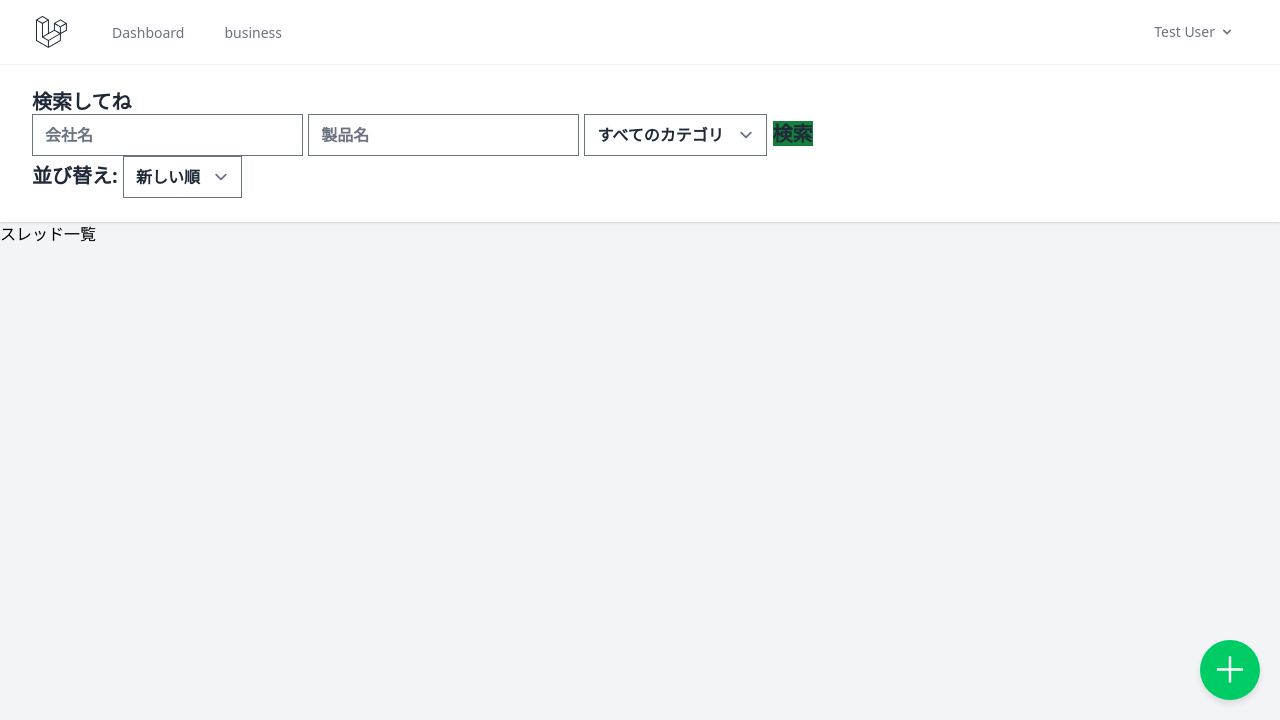
Repository: kyoko-shiraishi/Reproduce
Page: http://localhost/home
The author's editor kept a copy of each file at every save. The page is drawn from the files as they stood at one save, then again after the next save.
The browser window is 1280 px wide. The pictures show the whole page.
Some web libraries are served in a nearby version. The page is served by the project's Laravel application, run on PHP 8.4 with Laravel 12. A made-up administrator, Test User (test@example.com), is signed in. Other server files are loaded and not shown. Style sheets and scripts are compiled from the project's sources, by tool versions that may differ from the author's. Queries for data that is not in the repository find no rows.

Above is the page before, as saved 2024-10-21 12:20:52.

### app/Providers/AppServiceProvider.php
<?php
namespace App\Providers;

use Illuminate\Support\ServiceProvider;
use Illuminate\Support\Facades\View;
use App\Models\Category; // Categoryモデルをインポート

class AppServiceProvider extends ServiceProvider
{
    public function boot()
    {
        // \URL::forceScheme('https');
        // すべてのビューにカテゴリを渡す
        View::composer('*', function ($view) {
            $categories = Category::all();
            $view->with('categories', $categories);
        });
    }

    public function register()
    {
        //
    }
}

### routes/web.php
<?php

use App\Http\Controllers\ProfileController;
use Illuminate\Support\Facades\Route;
use App\Http\Controllers\PleaseController;
use App\Http\Controllers\Auth\AuthenticatedSessionController;
use App\Http\Controllers\SearchController;
use App\Http\Controllers\PostController;
use App\Http\Controllers\NewController;
use App\Http\Controllers\LikeController;

// ララベルトップルート
Route::get('/', function () {
    return view('welcome');
});

// トップページ
Route::get('/index', [PleaseController::class, 'index'])->name('index');

// ログインページのルート
Route::get('/login', [AuthenticatedSessionController::class, 'create'])->name('login');

// ログイン処理のルート
Route::post('/login', [AuthenticatedSessionController::class, 'store']);

// 登録ページのルート
Route::get('/register', [RegisteredUserController::class, 'create'])->name('register');

// 登録処理のルート
Route::post('/register', [RegisteredUserController::class, 'store']);

// ダッシュボードのルート
Route::get('/dashboard', function () {
    return view('dashboard');
})->middleware(['auth', 'verified'])->name('dashboard');




// 認証が必要なルート
Route::middleware('auth')->group(function () {
    Route::get('/profile', [ProfileController::class, 'edit'])->name('profile.edit');
    Route::patch('/profile', [ProfileController::class, 'update'])->name('profile.update');
    Route::delete('/profile', [ProfileController::class, 'destroy'])->name('profile.destroy');
});
// ホームページのルート
Route::get('/home',[PleaseController::class,'home'])->name('home');



require __DIR__.'/auth.php';

Route::get('/business',[PleaseController::class,'business'])->name('business');
Route::get('/infomation',[PleaseController::class,'infomation'])->name('infomation');
Route::get('/logo',[PleaseController::class,'logo'])->name('logo');

Route::get('/search',[SearchController::class,'search'])->name('search.results');
Route::get('/post/{id}',[PostController::class,'post'])->name('post');
Route::get('/new_thread_create',[PleaseController::class,'new_thread_create'])->name('new_thread_create');


Route::post('/thread_store',[NewController::class,'thread_store'])->name('thread_store');
Route::get('/new_post_create/{id}', [NewController::class, 'new_post_create'])->name('new_post_create');

Route::post('/post_store/{threadId}', [NewController::class, 'post_store'])->name('post_store');
Route::get('/delete',[PleaseController::class,'delete_show'])->name('delete_show');
Route::post('/delete_selected',[PleaseController::class,'delete_selected'])->name('delete_selected');

Route::post('/thread/like', [LikeController::class, 'likeThread']);

### app/Models/User.php
<?php

namespace App\Models;

// use Illuminate\Contracts\Auth\MustVerifyEmail;
use Illuminate\Database\Eloquent\Factories\HasFactory;
use Illuminate\Foundation\Auth\User as Authenticatable;
use Illuminate\Notifications\Notifiable;

class User extends Authenticatable
{
    use HasFactory, Notifiable;

    /**
     * The attributes that are mass assignable.
     *
     * @var array<int, string>
     */
    protected $fillable = [
        'name',
        'email',
        'password',
        'prefecture',
        'age',
        'gender',
    ];

    /**
     * The attributes that should be hidden for serialization.
     *
     * @var array<int, string>
     */
    protected $hidden = [
        'password',
        'remember_token',
    ];

    /**
     * Get the attributes that should be cast.
     *
     * @return array<string, string>
     */
    protected function casts(): array
    {
        return [
            'email_verified_at' => 'datetime',
            'password' => 'hashed',
        ];
    }
    public function prefecture(){
return $this->belongsTo(prefecture::class,'prefectures_id');
    }
    public function threads(){
        return $this->hasMany(Thread::class);
    }
    public function posts(){
        return $this->hasMany(Post::class);
    }
    public function thread_likes(){
        return $this->hasMany(ThreadLike::class);
    }
    public function post_likes(){
        return $this->hasMany(PostLike::class);
    }
}

### app/Http/Controllers/PleaseController.php
<?php

namespace App\Http\Controllers;

use Illuminate\Http\Request;
use App\Models\Thread;
use Illuminate\Support\Facades\Auth;
use App\Models\Post;
use App\Models\ThreadLike;

use App\Models\Category;


class PleaseController extends Controller
{
    public function index()
    {
        return view('please.index');
    }

    public function post(Request $request)
    {
        $validate_rule = [
            'mail' => 'email',
            'password' => 'required',
        ];
        $this->validate($request, $validate_rule);
        return view('home.index', ['msg' => 'ログインしました']);
    }





        // paginate→全件総計算
        // simplePaginate→総計算なし。前へと次へのみ。
        // どちらもget()みたいなもん

        public function home(Request $request)
        {
            $sort = $request->input('sort', 'new'); // デフォルトは「新しい順」
            // スレッドを取得
            // withCount はリレーションの名前を入れる→リレーション先のレコード数をカウントしてくれる
            $all_threads = Thread::withCount('thread_likes')
                ->when($sort === 'new', function ($query) {
                    return $query->orderBy('created_at', 'desc'); // 新しい順
                })
                ->when($sort === 'old', function ($query) {
                    return $query->orderBy('created_at', 'asc'); // 古い順
                })
                ->when($sort === 'popular', function ($query) {
                    return $query->orderBy('thread_likes_count', 'desc'); // いいねが多い順
                })
                ->paginate(5);

            return view('please.home', compact('all_threads', 'sort'));


    }


    public function business(){
        return view('please.business');
    }
    public function infomation(){
        return view('please.infomation');
    }

    public function new_thread_create(){
        $categories = Category::all();
        return view('please.new_thread_create', compact('categories'));
    }

    public function new_post_create(){
        return view('please.new_post_create');
    }

    public function delete_show(){
        $threads_you_created=Thread::where('user_id', Auth::id())->get();
        $posts_you_created = Post::where('user_id', Auth::id())->get();
        return view('please.delete',compact('threads_you_created','posts_you_created'));
    }
    public function delete_selected(Request $request)
{
    // スレッドを削除
    if ($request->has('threads')) {
        Thread::destroy($request->input('threads'));
    }

    // ポストを削除
    if ($request->has('posts')) {
        Post::destroy($request->input('posts'));
    }

    return redirect()->back()->with('status', '選択したスレッドとポストが削除されました。');

}


}

### app/Models/Thread.php
<?php

namespace App\Models;

use Illuminate\Database\Eloquent\Factories\HasFactory;
use Illuminate\Database\Eloquent\Model;

class Thread extends Model
{
    use HasFactory;
    protected $fillable=['content','product_id', 'company_id','user_id','image',];
    public function company(){
        return $this->belongsTo(Company::class);
    }
    public function product(){
        return $this->belongsTo(Product::class);
    }
    public function user(){
        return $this->belongsTo(User::class);
    }
    public function posts(){
        return $this->hasMany(Post::class);
    }
    public function thread_likes(){
        return $this->hasMany(ThreadLike::class);
    }
    public function isLikedByAuthUser() :bool
    {
        //認証済ユーザーid（自身のid）を取得
        $authUserId = \Auth::id();
        //空の配列を定義。後続の処理で、いいねしたユーザーのidを全て格納していくときに使う。
        $likersArr = array();

        //$thisは言葉の似た通り、クラス自身を指す。具体的にはこのPostクラスをインスタンス化した際の変数のことを指す。（後続のビューで登場する$postになります）
        foreach($this->thread_likes as $threadLike){
            //array_pushメソッドで第一引数に配列、第二引数に配列に格納するデータを定義し、配列を作成できる。
            //今回は$likersArrという空の配列にいいねをした全てのユーザーのidを格納している。
            array_push($likersArr,$threadLike->user_id);

        }
        //in_arrayメソッドを利用し、認証済ユーザーid（自身のid）が上記で作成した配列の中に存在するかどうか判定している
        if (in_array($authUserId,$likersArr)){
            //存在したらいいねをしていることになるため、trueを返す
            return true;
        }else{
            return false;
        }
    }

}

### app/Models/ThreadLike.php
<?php

namespace App\Models;

use Illuminate\Database\Eloquent\Factories\HasFactory;
use Illuminate\Database\Eloquent\Model;

class ThreadLike extends Model
{
    use HasFactory;
    protected $fillable=['count'];
    public function thread(){
        return $this->belongsTo(Thread::class);
    }
    public function user(){
        return $this->belongsTo(User::class);
    }
}

### app/Models/Category.php
<?php

namespace App\Models;

use Illuminate\Database\Eloquent\Factories\HasFactory;
use Illuminate\Database\Eloquent\Model;

class Category extends Model
{
    use HasFactory;

    // 保存するデータ
    protected $fillable = ['name'];


    /**
     * 製品とのリレーション
     */
    public function products()
    {
        return $this->hasMany(Product::class, 'category_id');
        // 'category_id' は、Product テーブル内の外部キーのカラム名です。このカラムは、どの Category に属しているかを示します
    }
}

### resources/views/please/home.blade.php
<x-app-layout>
    <x-slot name="header">
        @vite(['resources/css/app.css', 'resources/js/app.js'])
        <h2 class="font-semibold text-xl text-gray-800 leading-tight">
            <p>検索してね</p>
            <form action="{{ route('search.results') }}" method="GET">
                @csrf
                <input type="text" id="company_name" name="company_name" value="{{ old('company_name') }}" placeholder="会社名">
                <input type="text" name="product_name" value="{{ old('product_name') }}" placeholder="製品名">
                <input type="hidden" id="Kanacompany_name" name="Kanacompany_name">
                <select name="category_id">
                    <option value="">すべてのカテゴリ</option>
                    @foreach ($categories as $category)
                        <option value="{{ $category->id }}">{{ $category->name }}</option>
                    @endforeach
                </select>

                <button type=”submit” class="bg-green-700">検索</button>

                <div class="sorting-dropdown">
                    <label for="sort">並び替え:</label>
                    <select id="sort" name="sort" onchange="location = this.value;">
                        <option value="{{ route('home', ['sort' => 'new']) }}" {{ $sort === 'new' ? 'selected' : '' }}>新しい順</option>
                        <option value="{{ route('home', ['sort' => 'old']) }}" {{ $sort === 'old' ? 'selected' : '' }}>古い順</option>
                        <option value="{{ route('home', ['sort' => 'popular']) }}" {{ $sort === 'popular' ? 'selected' : '' }}>人気順</option>
                    </select>
                </div>
            </form>
        </h2>
    </x-slot>

    <h2>スレッド一覧</h2>
    <div class="each">
        <ul>
            @foreach ($all_threads as $thread)
            <div class="border-4 border-blue-400 rounded-lg p-4 shadow-md flex items-start">
                <li>
                    <a href="{{ route('post', ['id' => $thread->id]) }}">
                        <strong>ユーザー:</strong> {{ $thread->user->name }}<br>
                        <strong>会社名:</strong> {{ $thread->company->name }}<br>
                        <strong>製品名:</strong> {{ $thread->product->name }}<br>
                        <strong>カテゴリ:</strong> {{ $thread->product->category->name ?? '不明' }}<br>
                        <strong>内容:</strong> {{ $thread->content }}<br>
                        <strong>作成日:</strong> {{ $thread->created_at }}<br>
                        <strong>コメント数: {{ $thread->posts->count() }}</strong>
                        <div>
                            <img src="{{ $thread->image }}" class="responsive-img">
                        </div>
                    </a>

                    @if($thread->isLikedByAuthUser())
                        <div class="flexbox">
                            <i class="fa-regular fa-heart like-btn liked" id="{{ $thread->id }}"></i>
                            <p class="count-num">{{ $thread->thread_likes->count() }}</p>
                        </div>
                    @else
                        <div class="flexbox">
                            <i class="fa-regular fa-heart like-btn" id="{{ $thread->id }}"></i>
                            <p class="count-num">{{ $thread->thread_likes->count() }}</p>
                        </div>
                    @endif
                </li>
            </div>
            <hr>
            @endforeach
        </ul>
    </div>
    <script src="https://unpkg.com/wanakana"></script>

    <script>
        document.getElementById('company_name').addEventListener('input', function() {
            const companyName = this.value;
            const KanaCompanyName = wanakana.toKatakana(companyName);
            document.getElementById('Kanacompany_name').value = KanaCompanyName; // 隠しフィールドに設定
            console.log(KanaCompanyName); // デバッグ用

        });
    </script>

<script>
        // いいねボタンのhtml要素を取得
        const likeBtns = document.querySelectorAll('.like-btn');
        likeBtns.forEach(likeBtn => {
            likeBtn.addEventListener('click', async (e) => {
                const clickedEl = e.target;
                clickedEl.classList.toggle('liked');
                const threadId = clickedEl.id;

                const res = await fetch('/thread/like', {
                    method: 'POST',
                    headers: {
                        'Content-Type': 'application/json',
                        'X-CSRF-TOKEN': document.querySelector('meta[name="csrf-token"]').getAttribute('content')
                    },
                    body: JSON.stringify({ thread_id: threadId })
                })
                .then(res => res.json())
                .then(data => {
                    clickedEl.nextElementSibling.innerHTML = data.likesCount;
                })
                .catch(() => alert('処理が失敗しました。画面を再読み込みし、通信環境の良い場所で再度お試しください。'));
            });
        });
</script>

@include('please.new_thread')
    <div class="flex justify-center">
        {{ $all_threads->links() }}
    </div>
</x-app-layout>

### resources/views/please/new_thread.blade.php
<!-- please/create.blade.php -->
<a href="{{ route('new_thread_create') }}" class="fixed-button">
    ＋
</a>

<style>
    /* ボタンのスタイル */
    .fixed-button {
        position: fixed; /* 画面に固定 */
        right: 20px; /* 画面右からの距離 */
        bottom: 20px; /* 画面下からの距離 */
        width: 60px; /* ボタンの幅 */
        height: 60px; /* ボタンの高さ */
        background-color: #00CC66; /* ツイッターっぽい青色 */
        color: white; /* テキストの色 */
        font-size: 36px; /* テキストの大きさ */
        text-align: center; /* テキストを中央に配置 */
        line-height: 60px; /* ボタンの高さと同じにして中央揃え */
        border-radius: 50%; /* 丸くする */
        box-shadow: 0px 4px 6px rgba(0, 0, 0, 0.1); /* 影をつける */
        cursor: pointer; /* ポインターを変更 */
        transition: background-color 0.3s; /* ホバー時のエフェクト */
    }

    /* ホバー時の効果 */
    .fixed-button:hover {
        background-color: #00CC99; /* 少し濃い色に変更 */
    }

</style>

### resources/views/layouts/app.blade.php
<!DOCTYPE html>
<html lang="{{ str_replace('_', '-', app()->getLocale()) }}">
    <head>
        <meta charset="utf-8">
        <meta name="viewport" content="width=device-width, initial-scale=1">
        <meta name="csrf-token" content="{{ csrf_token() }}">
        @vite(['resources/css/app.css', 'resources/js/app.js'])


        <title>{{ config('app.name', 'Laravel') }}</title>

        <!-- Fonts -->

        <!-- Scripts -->
        <script src="https://kit.fontawesome.com/e7550042f0.js" crossorigin="anonymous"></script>

        <style>
        .each {
            width: 100%; /* 幅を100%に設定 */
            margin: 0; /* 左右のマージンを0に設定 */
            padding: 0; /* パディングを0に設定 */
        }

        .each ul {
            list-style-type: none; /* リストスタイルを消去 */
            padding: 0; /* パディングを0に設定 */
            margin: 0; /* マージンを0に設定 */
        }

        .each li {
            /* border: 1px solid #ccc; 各スレッドにボーダーを追加 */
            padding: 0px; /* 内側のパディングを設定 */
            margin-bottom: 10px; /* 各リスト項目の下にマージンを追加 */
            width: 100%; /* 各リスト項目も幅を100%に設定 */
        }
        .liked{
            color:orangered;
            transition:.2s;
        }
        .flexbox{
            align-items: center;
            display: flex;
        }
        .count-num{
            font-size: 20px;
            margin-left: 10px;
        }
        .fa-heart{
            font-size: 30px;
        }
        .responsive-img {
            max-width: 100%; /* 画像の最大幅を親要素に合わせる */
            width: 300px; /* 画像の幅を固定 */
            height: 200px; /* 画像の高さを固定 */
            object-fit: cover; /* 縦横比を維持しつつ、指定したサイズに収まるように調整 */
            border-radius: 8px; /* 角を少し丸くしたい場合 */
        }
    </style>
  <script src="build\assets\wanakana.min.js"></script>
    </head>
    <body class="font-sans antialiased">
        <div class="min-h-screen bg-gray-100">
            @include('layouts.navigation')

            <!-- Page Heading -->
            @isset($header)
                <header class="bg-white shadow">
                    <div class="max-w-7xl mx-auto py-6 px-4 sm:px-6 lg:px-8">
                        {{ $header }}
                    </div>
                </header>
            @endisset

            <!-- Page Content -->
            <main>
                {{ $slot }}
            </main>
        </div>
    </body>
</html>

### resources/views/layouts/navigation.blade.php
<nav x-data="{ open: false }" class="bg-white border-b border-gray-100">
    <!-- Primary Navigation Menu -->
    <div class="max-w-7xl mx-auto px-4 sm:px-6 lg:px-8">
        <div class="flex justify-between h-16">
            <div class="flex">
                <!-- Logo -->
                <div class="shrink-0 flex items-center">
                    <a href="{{ route('home') }}">
                        <x-application-logo class="block h-9 w-auto fill-current text-gray-800" />
                    </a>
                </div>

                <!-- Navigation Links -->
                <div class="hidden space-x-8 sm:-my-px sm:ms-10 sm:flex">
                    <x-nav-link :href="route('dashboard')" :active="request()->routeIs('dashboard')">
                        {{ __('Dashboard') }}
                    </x-nav-link>

                    <x-nav-link :href="route('business')" :active="request()->routeIs('index')">
                        {{ __('business') }}
                    </x-nav-link>
                </div>
            </div>



            <!-- Settings Dropdown -->
            <div class="hidden sm:flex sm:items-center sm:ms-6">
                <x-dropdown align="right" width="48">
                    <x-slot name="trigger">
                        <button class="inline-flex items-center px-3 py-2 border border-transparent text-sm leading-4 font-medium rounded-md text-gray-500 bg-white hover:text-gray-700 focus:outline-none transition ease-in-out duration-150">
                        @auth
                            <div>{{ Auth::user()->name }}</div>
                        @endauth

                            <div class="ms-1">
                                <svg class="fill-current h-4 w-4" xmlns="http://www.w3.org/2000/svg" viewBox="0 0 20 20">
                                    <path fill-rule="evenodd" d="M5.293 7.293a1 1 0 011.414 0L10 10.586l3.293-3.293a1 1 0 111.414 1.414l-4 4a1 1 0 01-1.414 0l-4-4a1 1 0 010-1.414z" clip-rule="evenodd" />
                                </svg>
                            </div>
                        </button>
                    </x-slot>

                    <x-slot name="content">
                        <x-dropdown-link :href="route('profile.edit')">
                            {{ __('Profile') }}
                        </x-dropdown-link>

                        <x-dropdown-link :href="route('delete_show')">
                            {{ __('delete') }}
                        </x-dropdown-link>

                        <!-- Authentication -->
                        <form method="POST" action="{{ route('logout') }}">
                            @csrf

                            <x-dropdown-link :href="route('logout')"
                                    onclick="event.preventDefault();
                                                this.closest('form').submit();">
                                {{ __('Log Out') }}
                            </x-dropdown-link>
                        </form>
                    </x-slot>
                </x-dropdown>
            </div>

            <!-- Hamburger -->
            <div class="-me-2 flex items-center sm:hidden">
                <button @click="open = ! open" class="inline-flex items-center justify-center p-2 rounded-md text-gray-400 hover:text-gray-500 hover:bg-gray-100 focus:outline-none focus:bg-gray-100 focus:text-gray-500 transition duration-150 ease-in-out">
                    <svg class="h-6 w-6" stroke="currentColor" fill="none" viewBox="0 0 24 24">
                        <path :class="{'hidden': open, 'inline-flex': ! open }" class="inline-flex" stroke-linecap="round" stroke-linejoin="round" stroke-width="2" d="M4 6h16M4 12h16M4 18h16" />
                        <path :class="{'hidden': ! open, 'inline-flex': open }" class="hidden" stroke-linecap="round" stroke-linejoin="round" stroke-width="2" d="M6 18L18 6M6 6l12 12" />
                    </svg>
                </button>
            </div>
        </div>
    </div>

    <!-- Responsive Navigation Menu -->
    <div :class="{'block': open, 'hidden': ! open}" class="hidden sm:hidden">
        <div class="pt-2 pb-3 space-y-1">
            <x-responsive-nav-link :href="route('dashboard')" :active="request()->routeIs('dashboard')">
                {{ __('Dashboard') }}
            </x-responsive-nav-link>
        </div>

        <!-- Responsive Settings Options -->
        <div class="pt-4 pb-1 border-t border-gray-200">
            <div class="px-4">
                <div class="font-medium text-base text-gray-800">{{ Auth::user()->name }}</div>
                <div class="font-medium text-sm text-gray-500">{{ Auth::user()->email }}</div>
            </div>

            <div class="mt-3 space-y-1">
                <x-responsive-nav-link :href="route('profile.edit')">
                    {{ __('Profile') }}
                </x-responsive-nav-link>

                <!-- Authentication -->
                <form method="POST" action="{{ route('logout') }}">
                    @csrf

                    <x-responsive-nav-link :href="route('logout')"
                            onclick="event.preventDefault();
                                        this.closest('form').submit();">
                        {{ __('Log Out') }}
                    </x-responsive-nav-link>
                </form>
            </div>
        </div>
    </div>
</nav>

Loaded but not shown: routes/auth.php (common file); app/Http/Controllers/Auth/EmailVerificationPromptController.php (common file); app/Http/Controllers/Controller.php (common file); app/Http/Controllers/Auth/VerifyEmailController.php (common file); app/View/Components/AppLayout.php (common file); resources/views/components/application-logo.blade.php (common file); resources/views/components/nav-link.blade.php (common file); resources/views/components/dropdown-link.blade.php (common file); resources/views/components/dropdown.blade.php (common file); resources/views/components/responsive-nav-link.blade.php (common file); resources/css/app.css (common file); tailwind.config.js (common file)

After the next save:
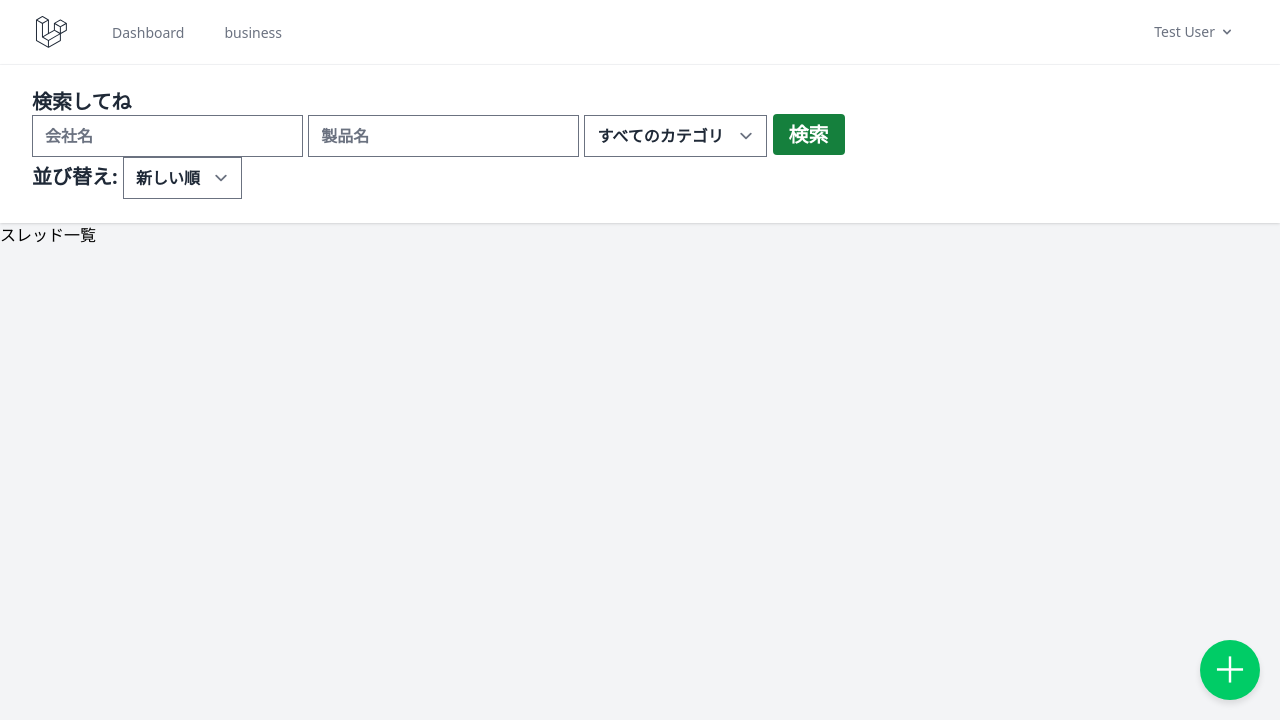
Saved 74 s later.
--- a/resources/views/please/home.blade.php
+++ b/resources/views/please/home.blade.php
@@ -15,7 +15,7 @@
                     @endforeach
                 </select>
 
-                <button type=”submit” class="bg-green-700">検索</button>
+                <button type=”submit” class="bg-green-700 hover:bg-green-600 text-white rounded px-4 py-2">検索</button>
 
                 <div class="sorting-dropdown">
                     <label for="sort">並び替え:</label>
